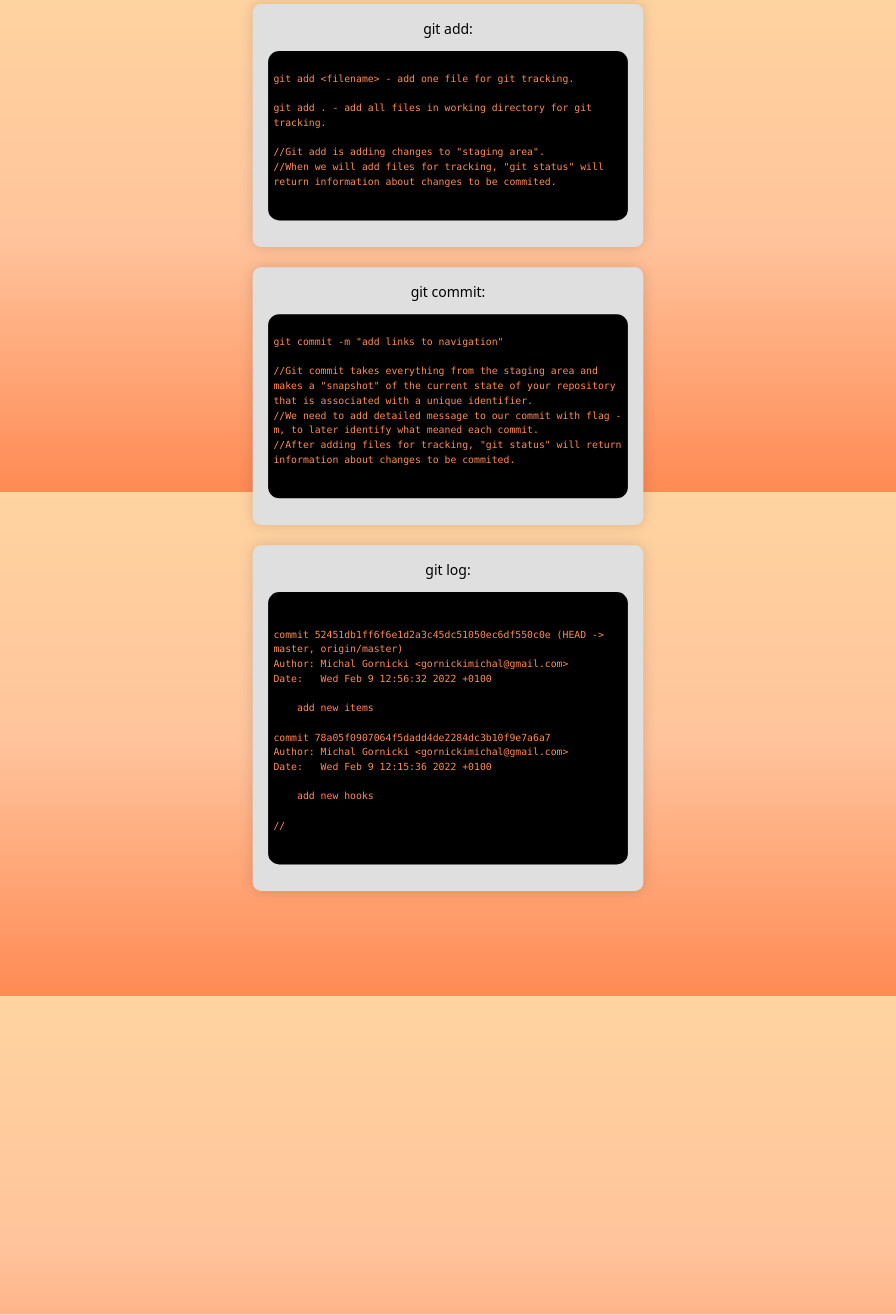
Repository: michalgornicki/git
Page: /
An editor plug-in stored every save of this project. The page is shown before and after a run of saves, followed by the edit.
The browser window is 1280 px wide. The pictures show the part of the page from y = 1457 to 3377 px (the page is 3335 px tall before and 3377 px after), at 70% of full size.
Backgrounds fixed to the window are drawn as part of the page. The project was rebuilt for these pictures with package versions that can differ from the ones it lists, and the page was loaded fresh each time. Imported but missing from the stored project, and not drawn on this page: src/components/DOM manipulation.jsx, src/components/async.jsx, src/components/loops.jsx, src/components/numbers.jsx, src/components/variables.jsx, src/components/window.jsx.

Above is the page before, as saved 2022-02-10 08:34:02.

### src/App.jsx
import React from "react";
import "./App.css";
import "bootstrap/dist/css/bootstrap.min.css";
import { Route, HashRouter as Router, Routes, Link } from "react-router-dom";
import Arrays from "./components/arrays.jsx"
import Variables from "./components/variables.jsx"
import Numbers from "./components/numbers.jsx"
import Loops from "./components/loops.jsx"
import Async from "./components/async.jsx"
import DOM from "./components/DOM manipulation.jsx"
import Window from "./components/window.jsx"

function App() {


  return (


    <Router>
    <div className="text-center">
      <div className="display-1 mt-1 mb-5 text-white">Git repeat course</div>

      <div className="h3 d-flex w-75 m-auto my-5 justify-content-evenly flex-wrap text-white">

      <Link className="link-style mx-3" to="/">Basics</Link>
      <Link className="link-style mx-3" to="/Numbers"></Link>
      <Link className="link-style mx-3" to="/Variables"></Link>
      <Link className="link-style mx-3" to="/Loops"></Link>
      <Link className="link-style mx-3" to="/Async"></Link>
      <Link className="link-style mx-3" to="/DOM"></Link>
      <Link className="link-style mx-3" to="/Window"></Link>


      </div>

      <Routes>
          <Route path="/" element={<Arrays />} />
          <Route path="/Numbers" element={<Numbers />} />
          <Route path="/Variables" element={<Variables />} />
          <Route path="/Loops" element={<Loops />} />
          <Route path="/Async" element={<Async />} />
          <Route path="/DOM" element={<DOM />} />
          <Route path="/Window" element={<Window />} />
        </Routes>


    </div>
    </Router>
  );
}

export default App;

### src/App.css
@import url('https://fonts.googleapis.com/css2?family=Catamaran:wght@400&display=swap');

body{
    font-family: 'Catamaran', sans-serif;
    overflow-x: hidden;
    padding-bottom: 80vh;
    height: auto;
    background: linear-gradient(rgb(255, 212, 160), rgb(255, 195, 155), rgb(255, 138, 84));
    background-attachment: fixed;
}

.js-item{
    color:rgb(0, 0, 0);
    font-size: 1.25rem;
    background-color: rgb(223, 223, 223);
    transition: 0.2s;
    padding: 3vh;
    margin-bottom: 4vh!important;
    width: 50%;
    margin-left: auto;
    margin-right: auto;
    box-shadow: 0px 0px 20px rgba(0, 0, 0, 0.15);
    border-radius: 0.75rem;
}

.js-item:hover{
    cursor: pointer;
    background-color: rgb(240, 240, 240);
}

.text-pink{
    padding: 0.5rem;
    margin-top: 1rem;
    margin-bottom: 1rem;
    color:rgb(255, 138, 84)!important;
    font-size: 1rem;
    border-radius: 1rem;
    text-align: left;
    background-color: black;
}

pre {
    white-space: pre-wrap;       /* css-3 */
    white-space: -moz-pre-wrap;  /* Mozilla, since 1999 */
    white-space: -pre-wrap;      /* Opera 4-6 */
    white-space: -o-pre-wrap;    /* Opera 7 */
    word-wrap: break-word;       /* Internet Explorer 5.5+ */
   }

.link-style{
    color: inherit;
    text-decoration: inherit;
}

.link-style:hover{
    color: rgb(255, 138, 84);
}

@media only screen and (max-device-width: 600px), (max-width: 600px) {

    .js-item{
        width: 95%;
    }

}

### src/components/arrays.jsx
const Arrays = () => {

  return (
    <div className="container">
      <div className="js-item">
        {" "}
        <div className="">Setup: </div>
        <div className="text-pink">
          <pre>{`
First you should:
1. Install git from git website:
https://git-scm.com/book/en/v2/Getting-Started-Installing-Git
2. Signup for Github account (or similar alternative like Gitlab) and create new repository.

If you use Microsoft Visual Studio Code (which i recommend) you can skip first point, because it have git built-in.
You can control git using terminal.
          `}</pre>
          </div>
      </div>
      <div className="js-item">
        {" "}
        <div className="">git clone: </div>
        <div className="text-pink">
          <pre>{`
git clone https://github.com/michalgornicki/react.git

//Cloning repo will download all of the project's code and metadata from source.
          `}</pre>
          </div>
      </div>

      <div className="js-item">
        {" "}
        <div className="">git status: </div>
        <div className="text-pink">
          <pre>{`
git status

On branch master
Your branch is up to date with 'origin/master'.

nothing to commit, working tree clean

//Git status show us status of our changes:
//1. On which branch we are working.
//2. Our local branch master is up to date with remote branch master.
//   Origin means place which is "source of truth" of state of our project, which is Github in this case.
//3. Nothing to commit - we didnt add any changes to code yet to "commit".
          `}</pre>
          </div>
      </div>
      <div className="js-item">
        {" "}
        <div className="">git add: </div>
        <div className="text-pink">
          <pre>{`
git add <filename> - add one file for git tracking.

git add . - add all files in working directory for git tracking.

//Git add is adding changes to "staging area".
//When we will add files for tracking, "git status" will return information about changes to be commited.
          `}</pre>
          </div>
      </div>

      <div className="js-item">
        {" "}
        <div className="">git commit: </div>
        <div className="text-pink">
          <pre>{`
git commit -m "add links to navigation"

//Git commit takes everything from the staging area and makes a "snapshot" of the current state of your repository that is associated with a unique identifier.
//We need to add detailed message to our commit with flag -m, to later identify what meaned each commit.
//After adding files for tracking, "git status" will return information about changes to be commited.
          `}</pre>
          </div>
      </div>

      <div className="js-item">
        {" "}
        <div className="">git log: </div>
        <div className="text-pink">
          <pre>{`

commit 52451db1ff6f6e1d2a3c45dc51050ec6df550c0e (HEAD -> master, origin/master)
Author: Michal Gornicki <gornickimichal@gmail.com>
Date:   Wed Feb 9 12:56:32 2022 +0100

    add new items

commit 78a05f0907064f5dadd4de2284dc3b10f9e7a6a7
Author: Michal Gornicki <gornickimichal@gmail.com>
Date:   Wed Feb 9 12:15:36 2022 +0100

    add new hooks

//
          `}</pre>
          </div>
      </div>

      </div>
  );
};

export default Arrays;

Loaded but not shown: public/index.html (common file); src/index.js (common file); src/index.css (common file); src/reportWebVitals.js (common file)

After the next 2 saves:
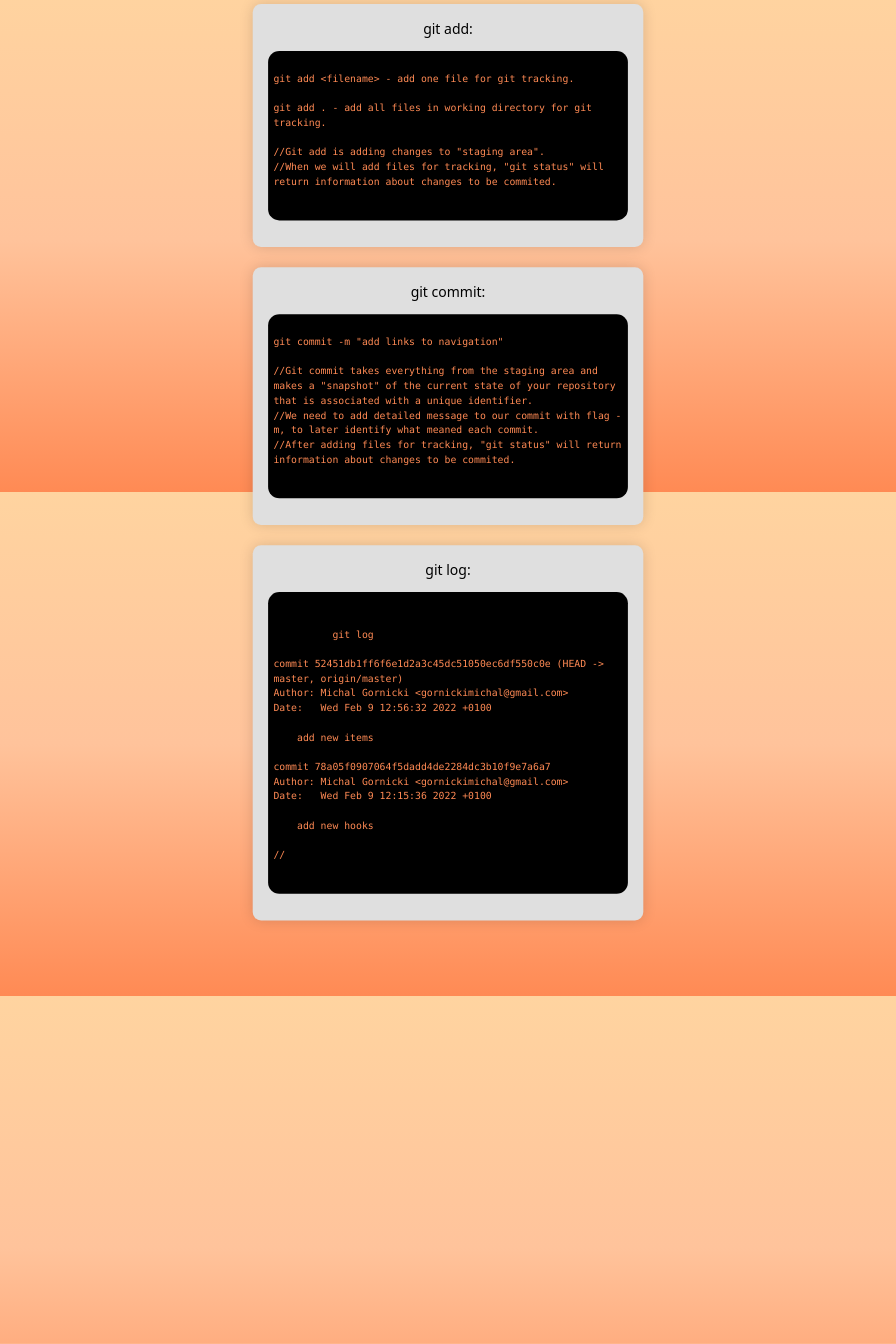
The 2 saves are shown as one change because they came seconds apart.
The last was saved 32 s later.
--- a/src/components/arrays.jsx
+++ b/src/components/arrays.jsx
@@ -84,6 +84,8 @@ git commit -m "add links to navigation"
         <div className="text-pink">
           <pre>{`
 
+          git log
+
 commit 52451db1ff6f6e1d2a3c45dc51050ec6df550c0e (HEAD -> master, origin/master)
 Author: Michal Gornicki <gornickimichal@gmail.com>
 Date:   Wed Feb 9 12:56:32 2022 +0100
